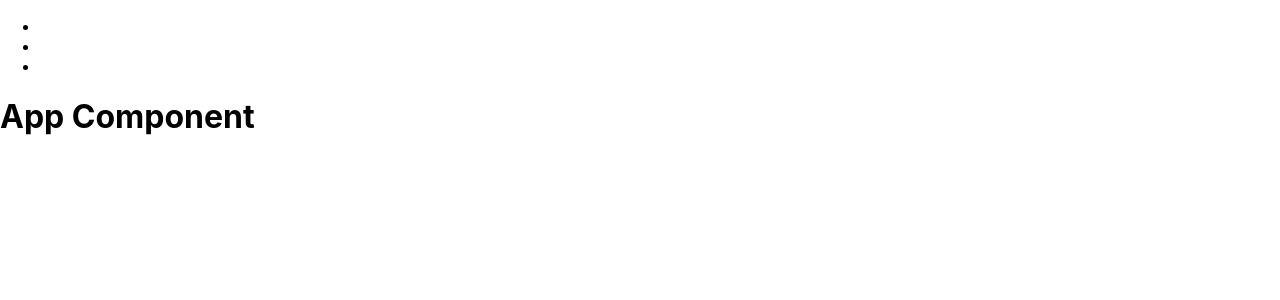
Repository: Akshaykulkarni995/React-Routes
Page: / (app in react-routers/)
These files come from the project's save history. The page is drawn as it stood at one moment and after the next save; the edit follows.
The browser window is 1280 px wide. The pictures show the whole page.
The project was rebuilt for these pictures with package versions that can differ from the ones it lists, and the page was loaded fresh each time. Also part of the build but not shown: react-routers/src/user.js, react-routers/src/visit.js, react-routers/src/notfound.js.

Above is the page before, as saved 2021-02-28 18:12:42.

After the next save:
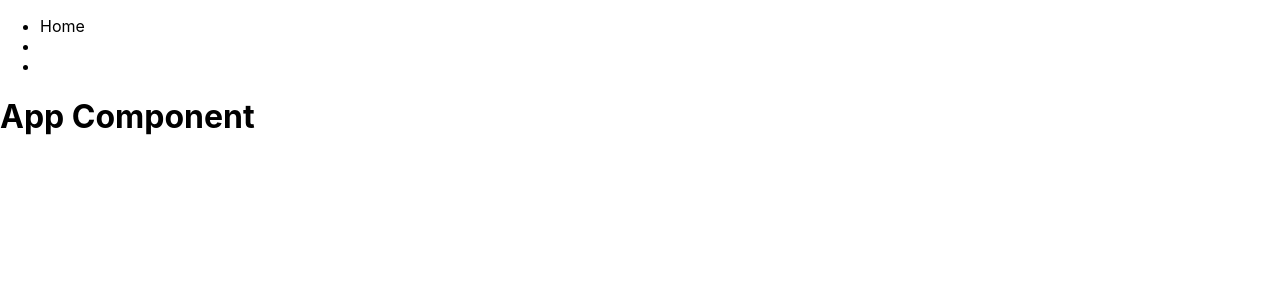
Saved 5 s later.
--- a/react-routers/src/index.js
+++ b/react-routers/src/index.js
@@ -13,7 +13,7 @@ const routing = (
     <div>
       <ul>
         <li>
-
+Home
         </li>
         <li>
 
